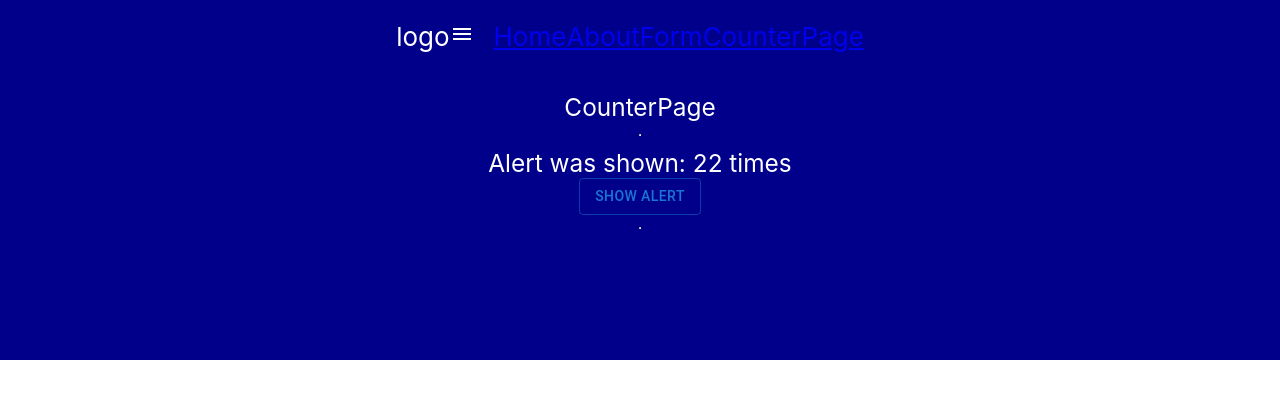
Repository: OutcomerTom/my-app
Page: /CounterPage
An editor plug-in stored every save of this project. The page is shown before and after the next save, followed by the edit.
The browser window is 1280 px wide. The pictures show the whole page.
The project was rebuilt for these pictures with package versions that can differ from the ones it lists, and the page was loaded fresh each time. Also part of the build but not shown: src/InputForm/InputForm.tsx, src/InputForm/index.ts, src/FormPage/FormPage.tsx, src/HomePage/HomePage.tsx.

Above is the page before, as saved 2022-05-31 00:26:36.

After the next save:
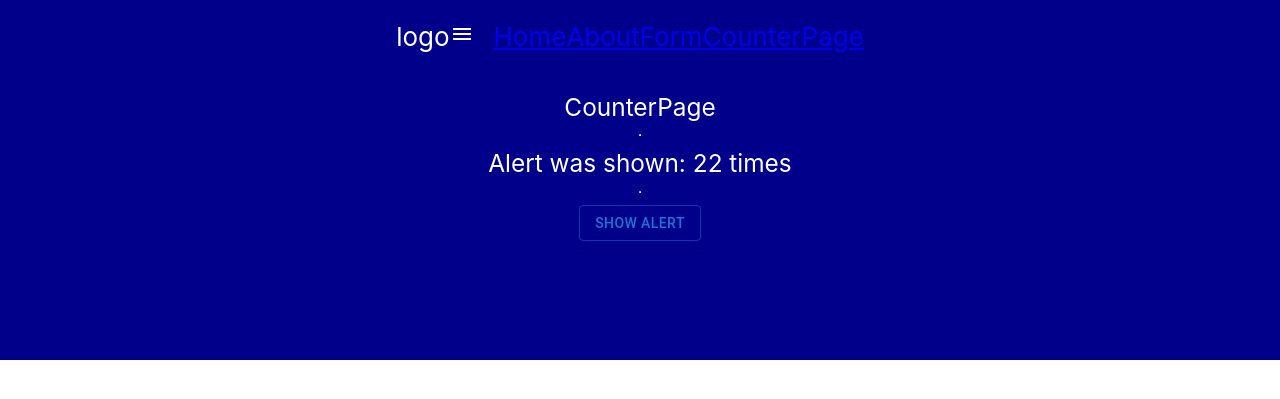
Saved 1 s later.
--- a/src/Counter/CounterPage.tsx
+++ b/src/Counter/CounterPage.tsx
@@ -17,10 +17,10 @@ export const CounterPage = () => {
       <div>CounterPage</div>
       <hr />
       <div>{`Alert was shown: ${counter} times`}</div>
+      <hr />
       <Button onClick={() => handleShowAlert(22)} variant="outlined">
         Show Alert
       </Button>
-      <hr />
     </>
   );
 };
